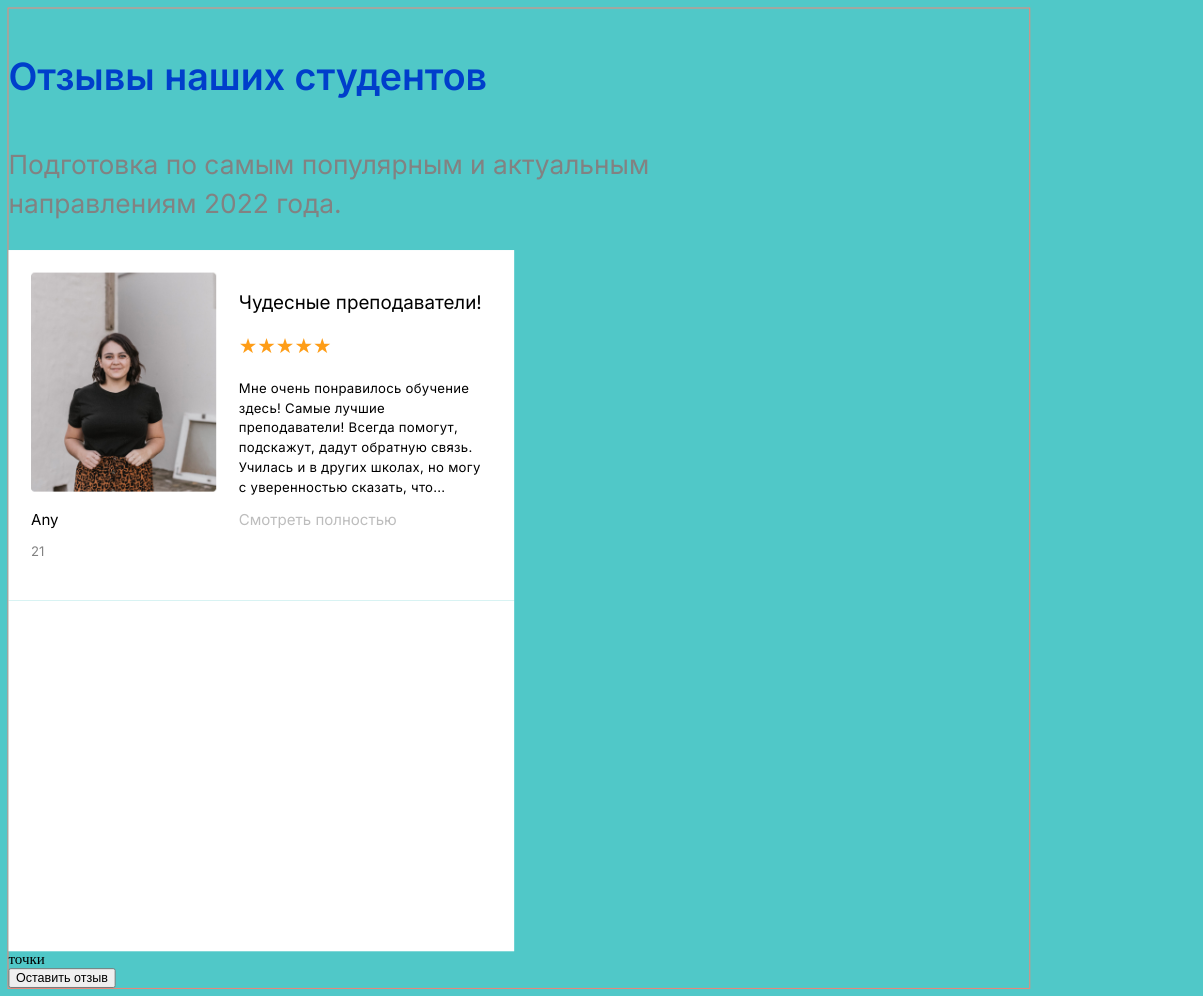
Repository: Malvuna/Studi
Page: index.html
These files come from the project's save history. The page is drawn as it stood at one moment and after the next save; the edit follows.
The browser window is 1280 px wide. The pictures show the whole page, at 94% of full size.

Above is the page before, as saved 2022-07-11 17:29:29.

### index.html

<!DOCTYPE html>
<html lang="en">
  <head>
    <meta charset="UTF-8" />
    <meta http-equiv="X-UA-Compatible" content="IE=edge" />
    <meta name="viewport" content="width=device-width, initial-scale=1.0" />
    <link rel="stylesheet" href="./css/style.css" />
    <link rel="preconnect" href="https://fonts.googleapis.com">
    <link rel="preconnect" href="https://fonts.gstatic.com" crossorigin>
    <link href="https://fonts.googleapis.com/css2?family=Caveat:wght@400;600;700&family=Inter:wght@400;600;700&display=swap" rel="stylesheet">
  <body>
    <header>
    </header>

    <main>
      <div id="container" class="container">

      <p class="h1">Отзывы наших студентов</p>
      <p class="head">Подготовка по самым популярным и актуальным </br> направлениям 2022 года.</p>
      <div id="divAllCard"> </div>
      <div>точки</div>
      <button>Оставить отзыв</button>

    </div>
    </main>


    <footer>

    </footer>

  </body>
  <script type="module" src="./javascript/javascript.js"></script>
</html>

### css/style.css
body {
  background-color: rgb(80, 200, 200);
}

.container {
  width: 1086px;
  border: 1px salmon solid;
  text-align: left;
}

.h1 {
  font-family: "Inter";
  font-style: normal;
  font-weight: 600;
  font-size: 40px;
  line-height: 65px;
  color: #003ecb;
}

.head {
  font-family: "Inter";
  font-style: normal;
  font-weight: 400;
  font-size: 28px;
  line-height: 42px;
  color: #828282;
}

.divOneCard {
  width: 490px;
  height: 325px;
  background-color: white;
  display: flex;
  padding: 24px 24px;
}

.textName {
  font-family: "Inter";
  font-style: normal;
  font-weight: 400;
  font-size: 16px;
  line-height: 19px;
  color: #000000;
}

.textAge {
  font-family: "Inter";
  font-style: normal;
  font-weight: 400;
  font-size: 14px;
  line-height: 17px;
  color: #828282;
}

.cardRight {
  padding-left: 24px;
}

.textHead {
  font-family: "Inter";
  font-style: normal;
  font-weight: 500;
  font-size: 20px;
  line-height: 24px;
  color: #000000;
}

.textStar {
  font-family: "Inter";
  font-style: normal;
  font-weight: 500;
  font-size: 22px;
  line-height: 24px;
  color: #fe9d17;
}

.textText {
  font-family: "Inter";
  font-style: normal;
  font-weight: 400;
  font-size: 14px;
  line-height: 21px;
  letter-spacing: 0.02em;
  color: #000000;
}

.textAll {
  font-family: "Inter";
  font-style: normal;
  font-weight: 400;
  font-size: 16px;
  line-height: 19px;
  color: #bdbdbd;
}

### javascript/javascript.js
//Общий контейнер
let container = document.querySelector("#container");

//див с карточками
let divAllCard = document.querySelector("#divAllCard");

//див одной карточки
let divOneCard = document.createElement("div");
divOneCard.className = "divOneCard";
divAllCard.append(divOneCard);


//карточка левый блок
let cardLeft = document.createElement("div");
divOneCard.append(cardLeft);

let cardImg = document.createElement("img");
cardImg.src = "/img/Photo.jpg"
cardLeft.append(cardImg);

let textName = document.createElement("p");
textName.innerHTML = "Any";
textName.className = "textName";
cardLeft.append(textName);

let textAge = document.createElement("p");
textAge.innerHTML = "21";
textAge.className = "textAge";
cardLeft.append(textAge);

//карточка парвый блок
let cardRight = document.createElement("div");
cardRight.className = "cardRight";
divOneCard.append(cardRight);

let textHead = document.createElement("p");
textHead.innerHTML = "Чудесные преподаватели!";
textHead.className = "textHead";
cardRight.append(textHead);

let textStar = document.createElement("p");
textStar.innerHTML = "★★★★★";
textStar.className = "textStar";
cardRight.append(textStar);

let textText = document.createElement("p");
textText.innerHTML = "Мне очень понравилось  обучение здесь! Самые лучшие преподаватели! Всегда помогут, подскажут, дадут обратную связь. Училась и в других школах, но могу с уверенностью сказать, что...";
textText.className = "textText";
cardRight.append(textText);

let textAll = document.createElement("p");
textAll.innerHTML = "Смотреть полностью";
textAll.className = "textAll";
cardRight.append(textAll);


// вторая карточка
var divTwoCard = divOneCard.cloneNode();
divAllCard.append(divTwoCard);

After the next save:
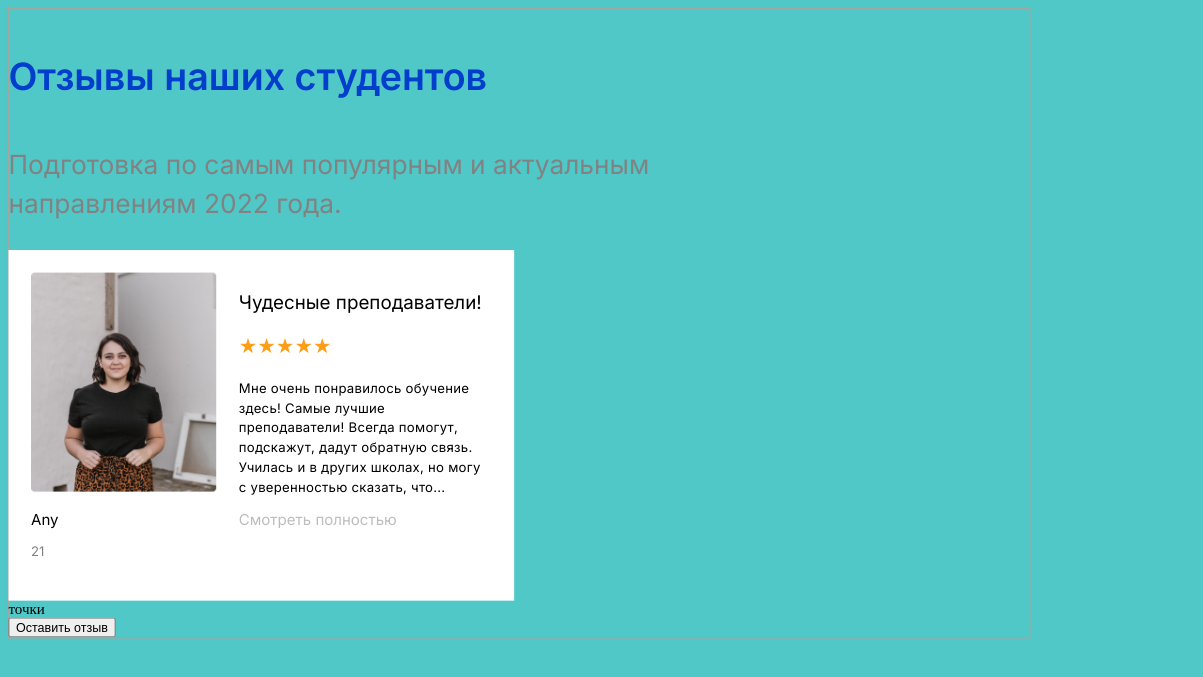
Console error: ReferenceError: deep is not defined
Saved 7 s later.
--- a/javascript/javascript.js
+++ b/javascript/javascript.js
@@ -55,5 +55,5 @@
 
 
 // вторая карточка
-var divTwoCard = divOneCard.cloneNode();
+var divTwoCard = divOneCard.cloneNode(deep);
 divAllCard.append(divTwoCard);

After the save that followed:
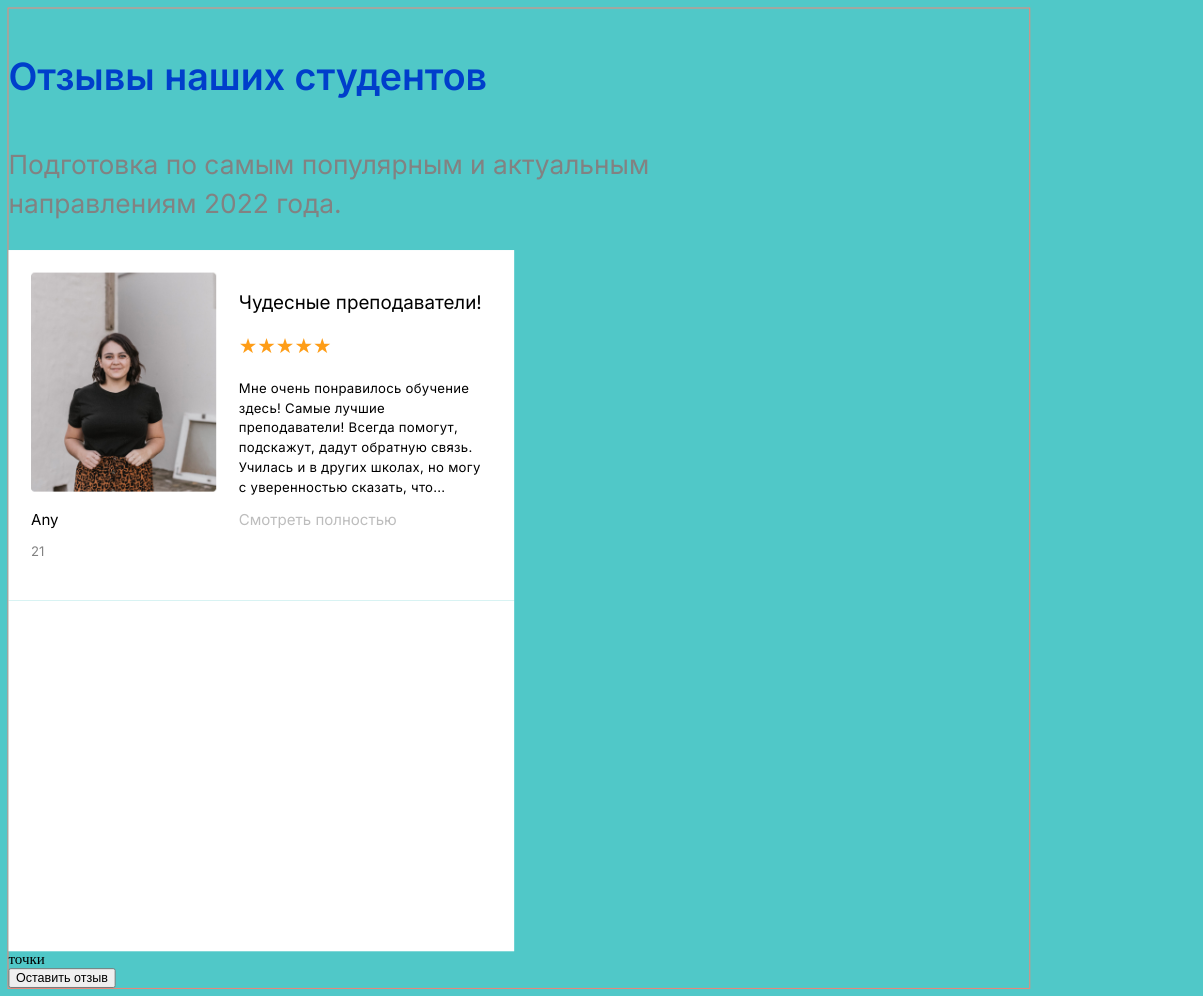
The error is gone.
Saved 98 s later.
--- a/javascript/javascript.js
+++ b/javascript/javascript.js
@@ -55,5 +55,5 @@
 
 
 // вторая карточка
-var divTwoCard = divOneCard.cloneNode(deep);
+var divTwoCard = divOneCard.cloneNode();
 divAllCard.append(divTwoCard);
